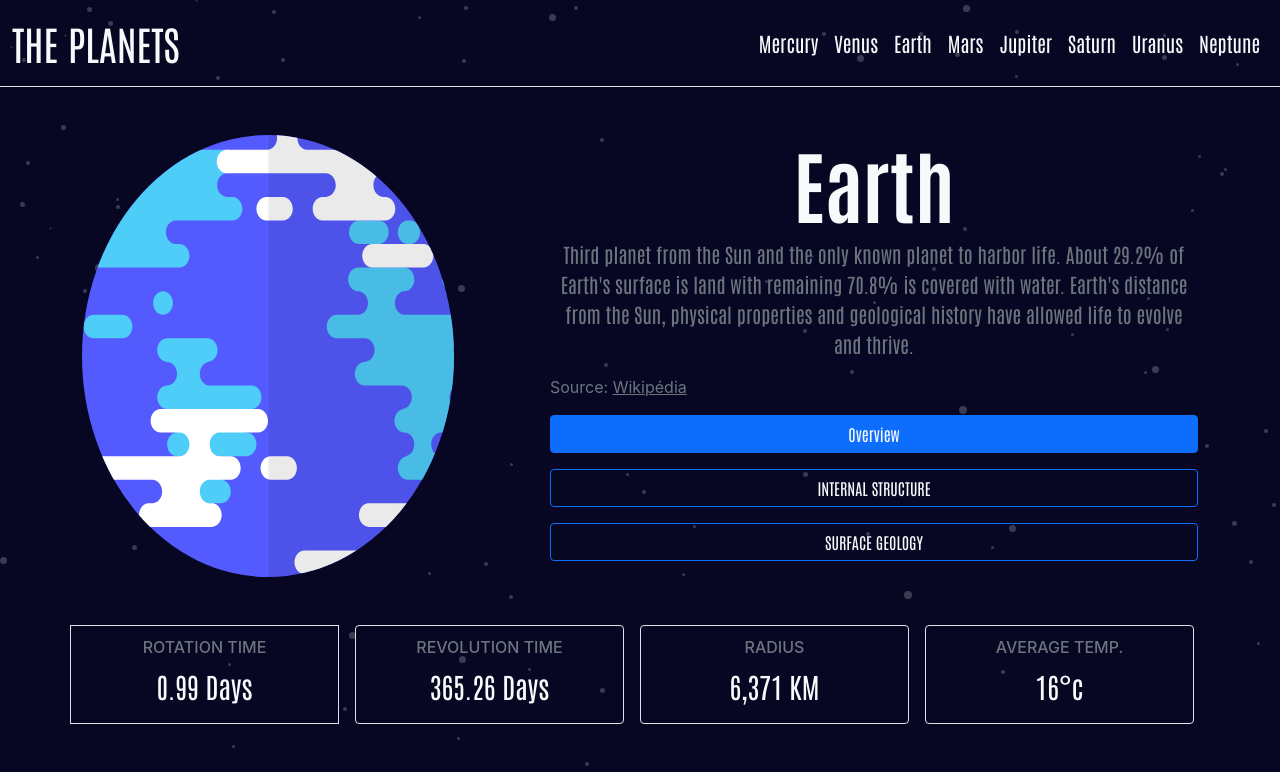
Repository: andre06x/the-planets
Page: /
These files come from the project's save history. The page is drawn as it stood at one moment and after the next save; the edit follows.
The browser window is 1280 px wide. The pictures show the whole page.
The project was rebuilt for these pictures with package versions that can differ from the ones it lists, and the page was loaded fresh each time.

Above is the page before, as saved 2021-10-19 18:06:20.

After the next save:
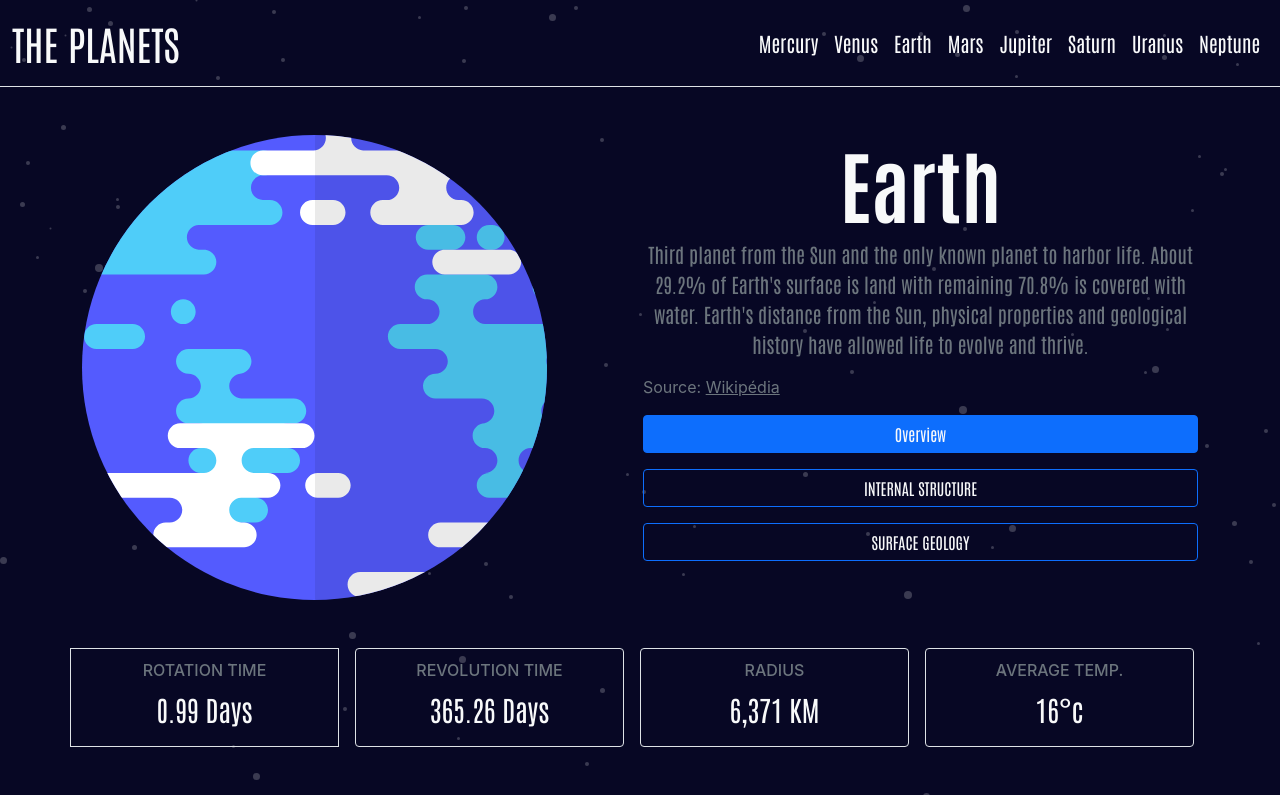
Saved 93 s later.
--- a/src/components/Container.js
+++ b/src/components/Container.js
@@ -57,7 +57,7 @@ const Container = () => {
     <div className="container mt-md-5">
       <div className="d-flex flex-column">
         <div className="d-flex flex-md-row flex-column-reverse justify-content-between">
-          <div className="me-md-5 d-flex justify-content-center position-relative col-md-4">
+          <div className="me-md-5 d-flex justify-content-center position-relative col-md-5">
             <img src={imagee} className="w-100 w-md-100" alt="" />
             <img src={imageGeology} alt="" className="position-absolute w-25 top-50 start-50 translate-middle"/>
           </div>
